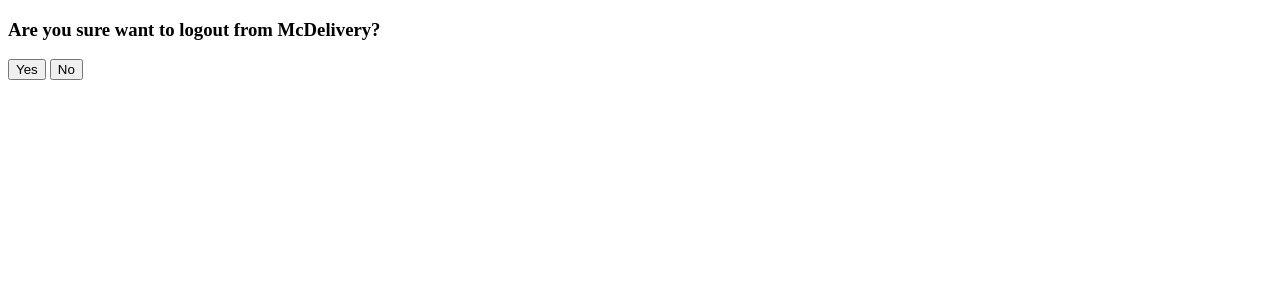
Repository: Jeck97/Mcdonald-Delivery-System
Page: http://localhost/McDelivery/logout/confirmLogoutPage.jsp
The author's editor kept a copy of each file at every save. The page is drawn from the files as they stood at one save, then again after the next save.
The browser window is 1280 px wide. The pictures show the whole page.
The page is served by Tomcat 9.

Above is the page before, as saved 2020-07-10 21:10:52.

After the next save:
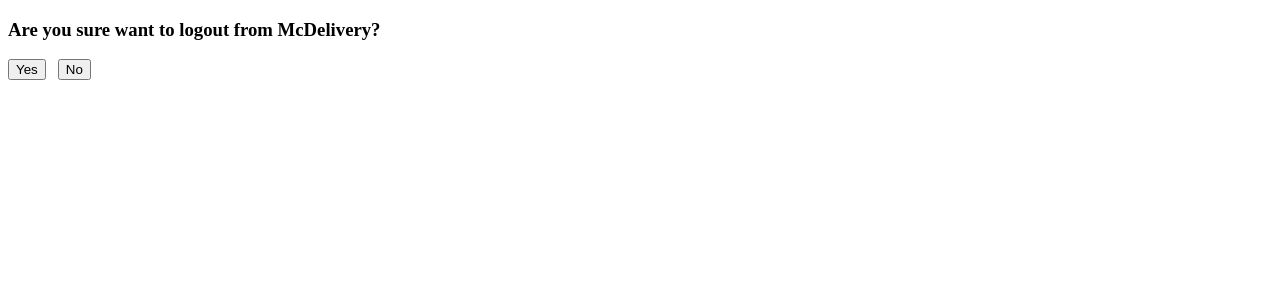
Saved 39 s later.
--- a/McDelivery/WebContent/logout/confirmLogoutPage.jsp
+++ b/McDelivery/WebContent/logout/confirmLogoutPage.jsp
@@ -15,7 +15,7 @@
 		<p hidden><input type="submit" id="yes"></p>
 	</form>
 
-	<label for="yes"><button>Yes</button></label>
+	<label for="yes"><button>Yes</button></label> &nbsp;
 
 	<a href="<%= request.getSession().getAttribute("tracedPath") %>"><button>No</button></a>
 
